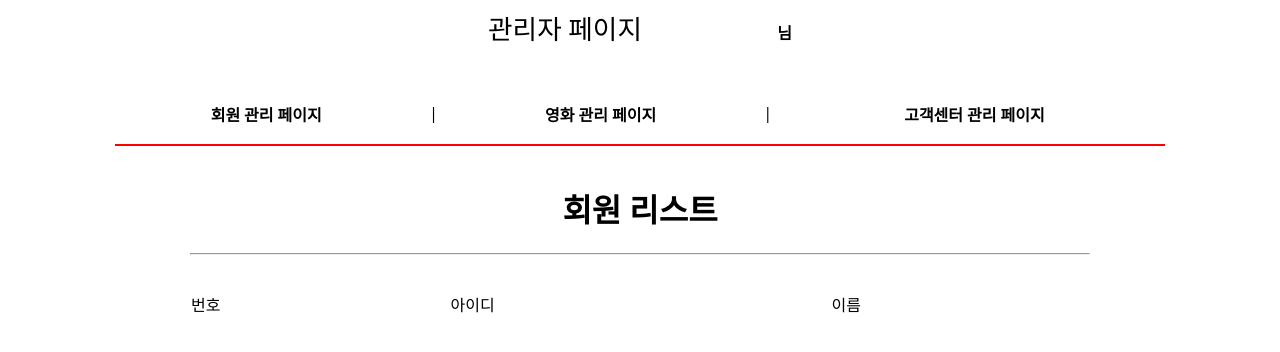
Repository: Tah282/movieSite
Page: http://localhost/CGV_project/WEB-INF/views/manager/memberManagement.jsp
The author's editor kept a copy of each file at every save. The page is drawn from the files as they stood at one save, then again after the next save.
The browser window is 1280 px wide. The pictures show the whole page.
The page is served by Tomcat 9. Nobody is signed in. The template is opened directly, without the code that normally fills it, so the values that code supplies are empty.

Above is the page before, as saved 2024-01-03 07:17:55.

After the next save:
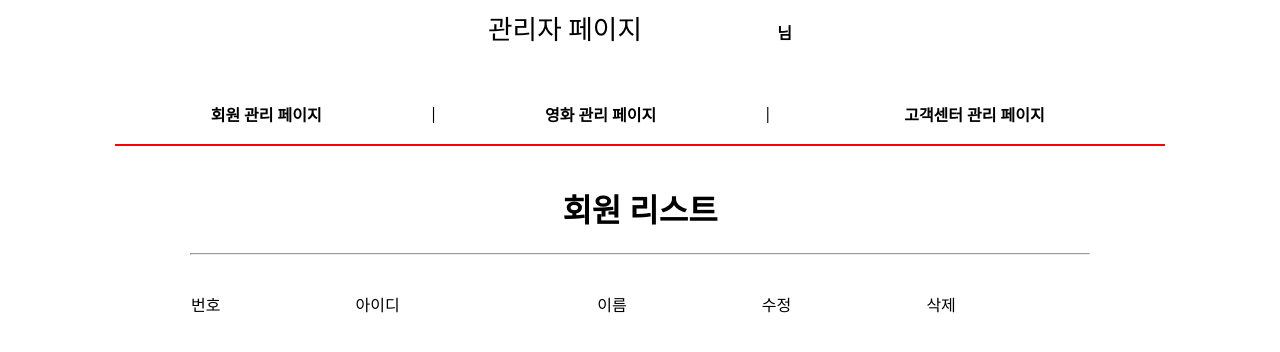
Saved 71 s later.
--- a/CGV_project/src/main/webapp/WEB-INF/views/manager/memberManagement.jsp
+++ b/CGV_project/src/main/webapp/WEB-INF/views/manager/memberManagement.jsp
@@ -22,7 +22,7 @@
 		<table class="memberManagementTBL" >
 
 			<tr>
-				<td>번호</td> <td>아이디</td> <td>이름</td>
+				<td>번호</td> <td>아이디</td> <td>이름</td> <td>수정</td> <td>삭제</td>
 			</tr>
 
 		<c:forEach var="member" items="${list}" varStatus="status">
